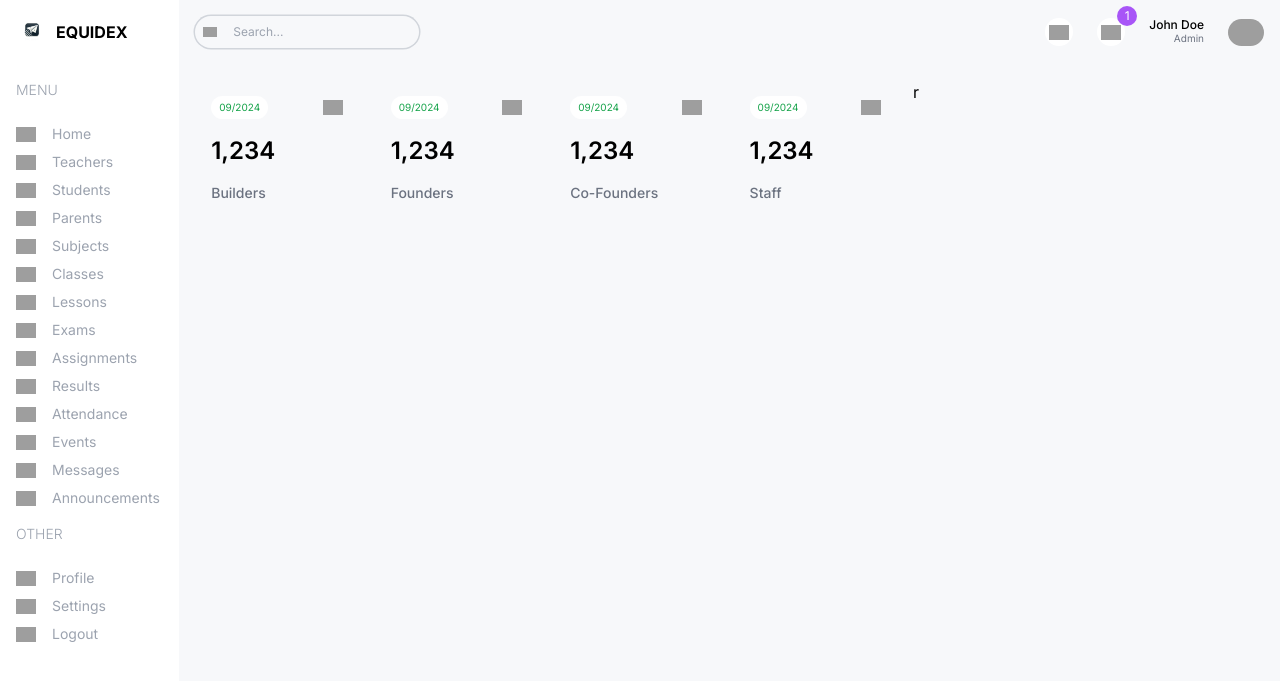
Repository: MikeeBuilds/equidex
Page: /admin
An editor plug-in stored every save of this project. The page is shown before and after a run of saves, followed by the edit.
The browser window is 1280 px wide. The pictures show the whole page.
Pictures or frames that could not be fetched are drawn as grey boxes. The project was rebuilt for these pictures with package versions that can differ from the ones it lists, and the page was loaded fresh each time. The framework's server and built-in components were replaced by stand-ins that run in the browser. Also part of the build but not shown: next.config.mjs.

Above is the page before, as saved 2024-09-24 18:32:52.

### src/app/layout.tsx
import type { Metadata } from "next";
import { Inter } from "next/font/google";
import "./globals.css";

const inter = Inter({ subsets: ["latin"] });

export const metadata: Metadata = {
  title: "Equidex",
  description: "Link with builders & share workload for sweat equity",
};

export default function RootLayout({
  children,
}: Readonly<{
  children: React.ReactNode;
}>) {
  return (
    <html lang="en">
      <body className={inter.className}>

        {children}
      </body>
    </html>
  );
}

### src/app/(dashboard)/layout.tsx
import Menu from "@/components/Menu";
import Navbar from "@/components/Navbar";
import Image from "next/image";
import Link from "next/link";

export default function DashboardLayout({
  children,
}: Readonly<{
  children: React.ReactNode;
}>) {
  return (
    <div className="h-screen flex">
      {/* LEFT */}
      <div className="w-[14%] md:w-[8%] lg:w-[16%] xl:w-[14%] p-4">
        <Link
          href="/"
          className="flex items-center justify-center lg:justify-start gap-2"
        >
          <Image src="/logo.png" alt="logo" width={32} height={32} />
          <span className="hidden lg:block font-bold">EQUIDEX</span>
        </Link>
        <Menu />
      </div>
      {/* RIGHT */}
      <div className="w-[86%] md:w-[92%] lg:w-[84%] xl:w-[86%] bg-[#F7F8FA] overflow-scroll flex flex-col">
        <Navbar />
        {children}
      </div>
    </div>
  );
}

### src/app/(dashboard)/admin/page.tsx
import UserCard from '@/components/UserCard'
import React from 'react'

const AdminPage = () => {
  return (
    <div className='p-4 flex gap-4 flex-col md:flex-row'>
      {/* LEFT */}
      <div className='w-full lg:w-2/3'>
      {/* USER CARD */}
      <div className='flex gap-4 justify-between flex-wrap'>
        <UserCard type='Builders' />
        <UserCard type='Founders' />
        <UserCard type='Co-Founders' />
        <UserCard type='Staff' />
      </div>
      </div>
      {/* RIGHT */}
      <div className='w-full lg:w-1/3'>r</div>
    </div>

  )
}

export default AdminPage

### src/components/Menu.tsx
import Image from "next/image";
import Link from "next/link";

const menuItems = [
  {
    title: "MENU",
    items: [
      {
        icon: "/home.png",
        label: "Home",
        href: "/",
        visible: ["admin", "teacher", "student", "parent"],
      },
      {
        icon: "/teacher.png",
        label: "Teachers",
        href: "/list/teachers",
        visible: ["admin", "teacher"],
      },
      {
        icon: "/student.png",
        label: "Students",
        href: "/list/students",
        visible: ["admin", "teacher"],
      },
      {
        icon: "/parent.png",
        label: "Parents",
        href: "/list/parents",
        visible: ["admin", "teacher"],
      },
      {
        icon: "/subject.png",
        label: "Subjects",
        href: "/list/subjects",
        visible: ["admin"],
      },
      {
        icon: "/class.png",
        label: "Classes",
        href: "/list/classes",
        visible: ["admin", "teacher"],
      },
      {
        icon: "/lesson.png",
        label: "Lessons",
        href: "/list/lessons",
        visible: ["admin", "teacher"],
      },
      {
        icon: "/exam.png",
        label: "Exams",
        href: "/list/exams",
        visible: ["admin", "teacher", "student", "parent"],
      },
      {
        icon: "/assignment.png",
        label: "Assignments",
        href: "/list/assignments",
        visible: ["admin", "teacher", "student", "parent"],
      },
      {
        icon: "/result.png",
        label: "Results",
        href: "/list/results",
        visible: ["admin", "teacher", "student", "parent"],
      },
      {
        icon: "/attendance.png",
        label: "Attendance",
        href: "/list/attendance",
        visible: ["admin", "teacher", "student", "parent"],
      },
      {
        icon: "/calendar.png",
        label: "Events",
        href: "/list/events",
        visible: ["admin", "teacher", "student", "parent"],
      },
      {
        icon: "/message.png",
        label: "Messages",
        href: "/list/messages",
        visible: ["admin", "teacher", "student", "parent"],
      },
      {
        icon: "/announcement.png",
        label: "Announcements",
        href: "/list/announcements",
        visible: ["admin", "teacher", "student", "parent"],
      },
    ],
  },
  {
    title: "OTHER",
    items: [
      {
        icon: "/profile.png",
        label: "Profile",
        href: "/profile",
        visible: ["admin", "teacher", "student", "parent"],
      },
      {
        icon: "/setting.png",
        label: "Settings",
        href: "/settings",
        visible: ["admin", "teacher", "student", "parent"],
      },
      {
        icon: "/logout.png",
        label: "Logout",
        href: "/logout",
        visible: ["admin", "teacher", "student", "parent"],
      },
    ],
  },
];

const Menu = () => {
  return (
    <div className=" mt-4 text-sm">
      {menuItems.map(i=> (
        <div className="flex flex-col gap-2" key={i.title}>
          <span className="hidden lg:block text-gray-400 font-light my-4">{i.title}</span>
          {i.items.map(item => (
            <Link className="flex items-center justify-center lg:justify-start gap-4 text-gray-400 hover:text-black" href={item.href} key={item.label}>
              <Image src={item.icon} alt="" width={20} height={20} />
              <span className="hidden lg:block">{item.label}</span>
            </Link>
          ))}
        </div>
      ))}
    </div>
  )
}

export default Menu;

### src/components/Navbar.tsx
import Image from "next/image";

const Navbar = () => {
  return (
    <div className="flex items-center justify-between p-4">
      {/* SEARCH BAR */}
      <div className="hidden md:flex items-center gap-2 text-xs rounded-full ring-[1.5px] ring-gray-300 px-2">
        <Image src="/search.png" alt="" width={14} height={14} />
        <input
          type="text"
          placeholder="Search..."
          className="w-[200px] p-2 bg-transparent outline-none"
        />
      </div>
      {/* ICONS AND USER */}
      <div className="flex items-center gap-6 justify-end w-full">
        <div className="bg-white rounded-full w-7 h-7 flex items-center justify-center cursor-pointer">
          <Image src="/message.png" alt="" width={20} height={20} />
        </div>
        <div className="bg-white rounded-full w-7 h-7 flex items-center justify-center cursor-pointer relative">
          <Image src="/announcement.png" alt="" width={20} height={20} />
          <div className="absolute -top-3 -right-3 w-5 h-5 flex items-center justify-center bg-purple-500 text-white rounded-full text-xs">
            1
          </div>
        </div>
        <div className="flex flex-col">
          <span className="text-xs leading-3 font-medium">John Doe</span>
          <span className="text-[10px] text-gray-500 text-right">Admin</span>
        </div>
        <Image
          src="/avatar.png"
          alt=""
          width={36}
          height={36}
          className="rounded-full"
        />
      </div>
    </div>
  );
};

export default Navbar;

### src/components/UserCard.tsx
import Image from 'next/image'
import React from 'react'

const UserCard = ({type}:{type:string}) => {
  return (
    <div className='rounded-2xl odd:bg-dexPurple even:bg-dexYellow p-4 flex-1 min-w-[130px]'>
        <div className='flex justify-between items-center'>
            <span className='text-[10px] bg-white px-2 py-1 rounded-full text-green-600'>09/2024</span>
            <Image src="/more.png" alt='more' width={20} height={20} />
        </div>
        <h1 className='text-2xl font-semibold my-4'>1,234</h1>
        <h2 className='capitalize text-sm font-medium text-gray-500'>{type}</h2>
    </div>
  )
}

export default UserCard

### tailwind.config.ts
import type { Config } from "tailwindcss";

const config: Config = {
  content: [
    "./src/pages/**/*.{js,ts,jsx,tsx,mdx}",
    "./src/components/**/*.{js,ts,jsx,tsx,mdx}",
    "./src/app/**/*.{js,ts,jsx,tsx,mdx}",
  ],
  theme: {
    extend: {
      backgroundImage: {
        "gradient-radial": "radial-gradient(var(--tw-gradient-stops))",
        "gradient-conic":
          "conic-gradient(from 180deg at 50% 50%, var(--tw-gradient-stops))",
      },
      colors: {
        dexBlue: "#007AFF",
        dexBlueLight: "#D4EDFF",
        dexGreen: "#34C759",
        dexGreenLight: "#E5F7E7",
        dexPink: "#FF2D55",
        dexPinkLight: "#FFEFF2",
      },
    },
  },
  plugins: [],
};
export default config;

Loaded but not shown: src/app/globals.css (common file)

After the next 2 saves:
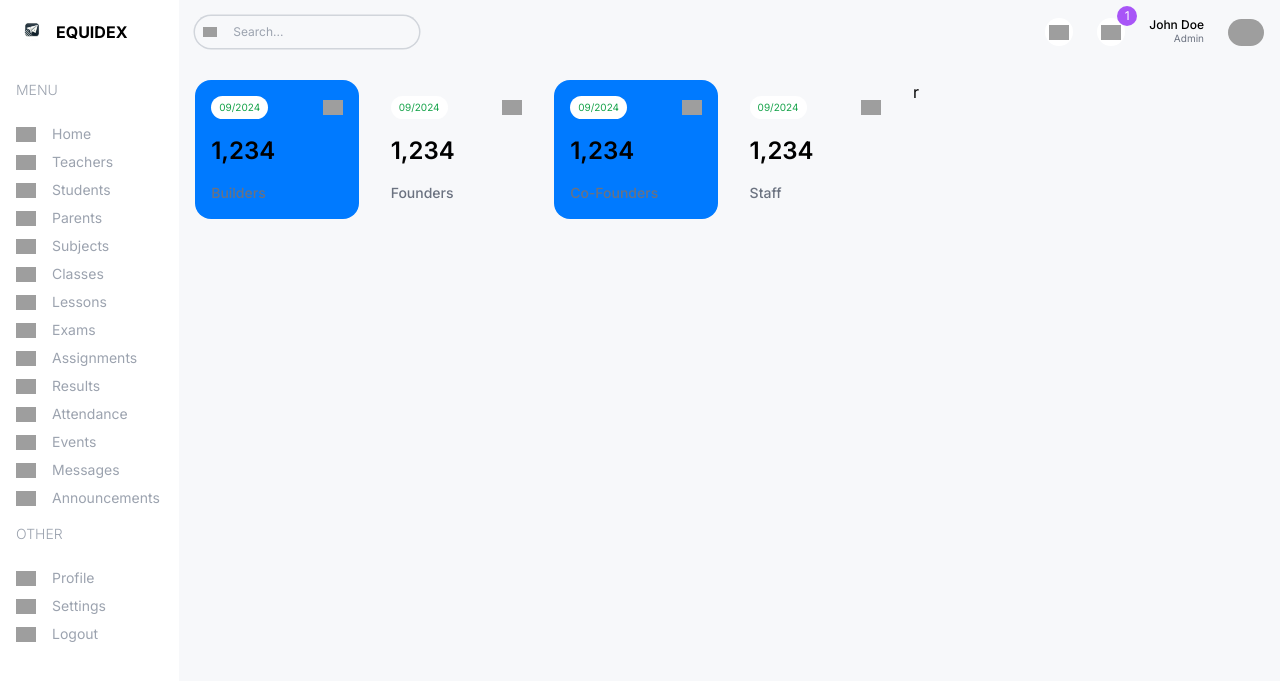
The 2 saves are shown as one change because they came seconds apart.
The last was saved 38 s later.
--- a/src/components/UserCard.tsx
+++ b/src/components/UserCard.tsx
@@ -3,7 +3,7 @@ import React from 'react'
 
 const UserCard = ({type}:{type:string}) => {
   return (
-    <div className='rounded-2xl odd:bg-dexPurple even:bg-dexYellow p-4 flex-1 min-w-[130px]'>
+    <div className='rounded-2xl odd:bg-dexBlue even:bg-dexYellow p-4 flex-1 min-w-[130px]'>
         <div className='flex justify-between items-center'>
             <span className='text-[10px] bg-white px-2 py-1 rounded-full text-green-600'>09/2024</span>
             <Image src="/more.png" alt='more' width={20} height={20} />
